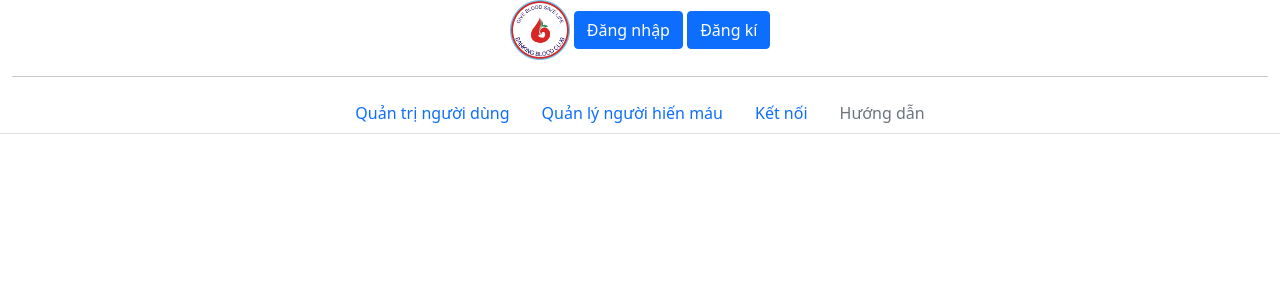
Repository: lengso01/CSE485_K61_KTGK_1951060981
Page: http://localhost/header.php
An editor plug-in stored every save of this project. The page is shown before and after the next save, followed by the edit.
The browser window is 1280 px wide. The pictures show the whole page.
The page is run by PHP 8.4 with error messages shown; the project is at /var/www/html/.

Above is the page before, as saved 2021-10-21 09:03:17.

After the next save:
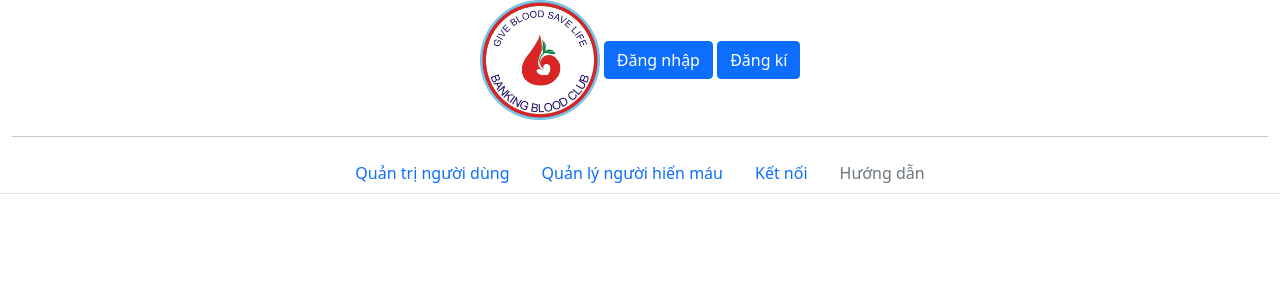
Saved 22 s later.
--- a/src/header.php
+++ b/src/header.php
@@ -17,7 +17,7 @@
             <div class="container-fluid border-bottom border-1 boder-dark">
                 <div class="row">
                     <div class="col-md-12 text-center">
-                        <img src="image/Logo_nghm.jpg" alt="" class="col-md-6" style="width:60px " >
+                        <img src="image/Logo_nghm.jpg" alt="" class="col-md-6" style="width:120px " >
                         <a href="login.php"><button type="submit" class="btn btn-primary" name="Dangnhap">Đăng nhập</button></a>
                         <a href="register.php"><button type="submit" class="btn btn-primary" name="Dangki">Đăng kí</button></a>
                         <hr>
